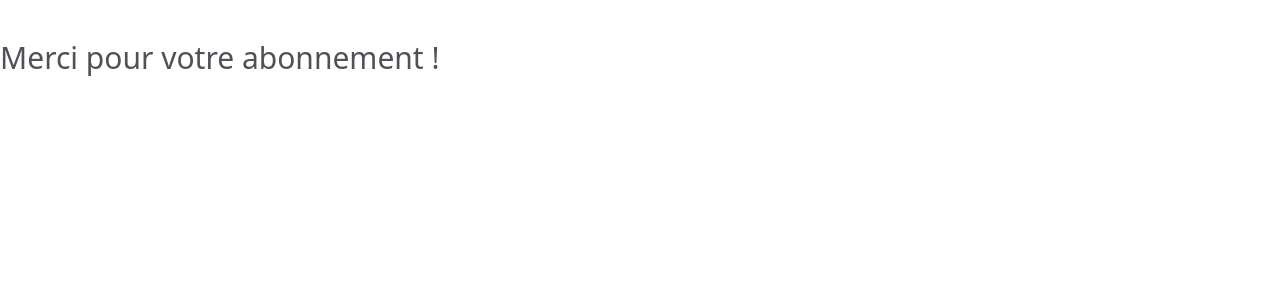
Repository: Irajiack/TP2_CamilleElisabethBleau_CarmenFerlatte
Page: confirmation.html
The author's editor kept a copy of each file at every save. The page is drawn from the files as they stood at one save, then again after the next save.
The browser window is 1280 px wide. The pictures show the whole page.
Some web libraries are served in a nearby version.

Above is the page before, as saved 2024-06-23 14:03:01.

After the next save:
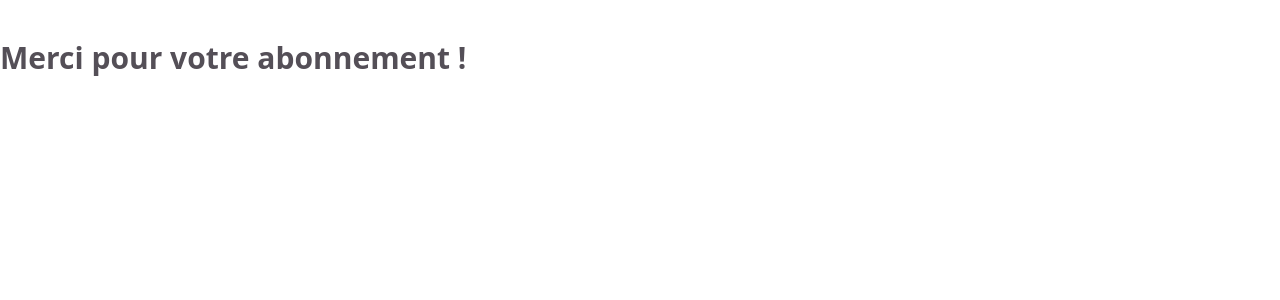
Saved 4 s later.
--- a/confirmation.html
+++ b/confirmation.html
@@ -9,7 +9,7 @@
 <body>
     <main>
         <div class="flex w-screen h-screen bg[f1f4f6]">
-            <h1 class="text-center mt-10 text-3xl text-[#544F57] font-">Merci pour votre abonnement !</h1>
+            <h1 class="text-center mt-10 text-3xl text-[#544F57] font-extrabold">Merci pour votre abonnement !</h1>
         </div>
     </main>
 </body>
